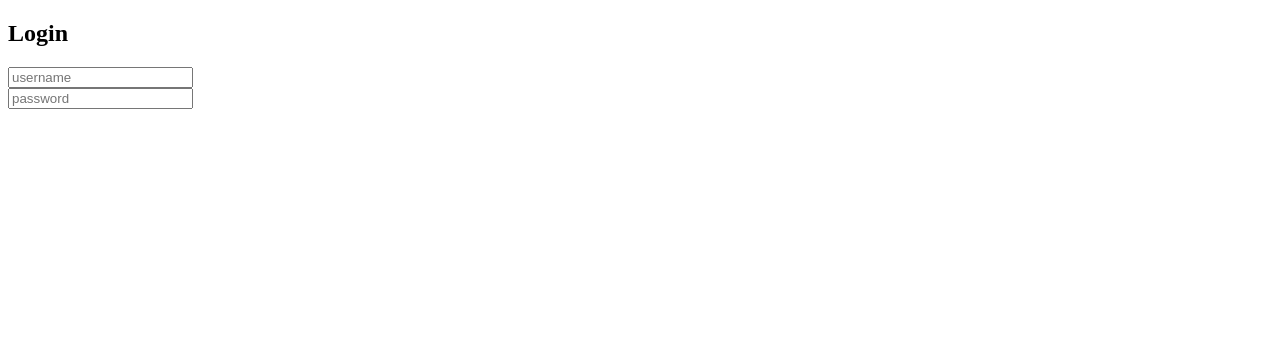
Repository: 951713487/net_shopping
Page: /
An editor plug-in stored every save of this project. The page is shown before and after the next save, followed by the edit.
The browser window is 1280 px wide. The pictures show the whole page.
The project was rebuilt for these pictures with package versions that can differ from the ones it lists, and the page was loaded fresh each time.

Above is the page before, as saved 2020-03-17 14:23:47.

After the next save:
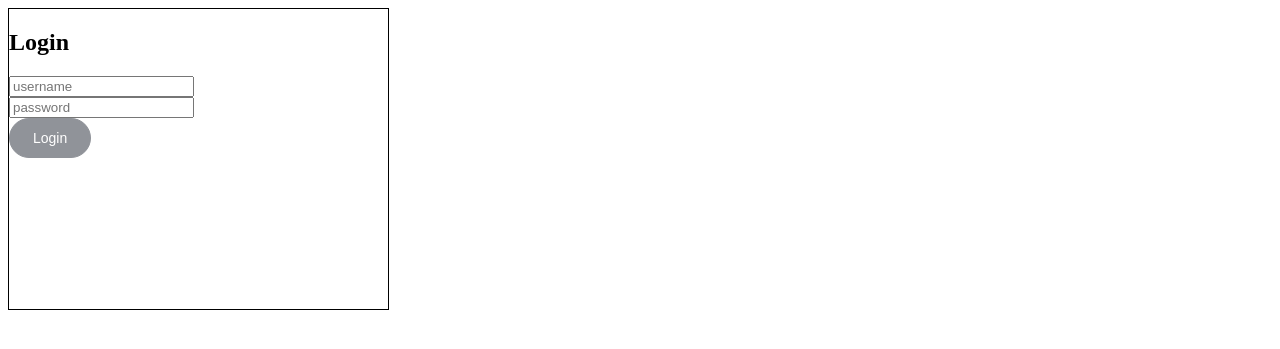
Saved 2 min 41 s later.
--- a/src/components/Login.vue
+++ b/src/components/Login.vue
@@ -7,6 +7,7 @@
     <div>
       <input placeholder="password" prefix-icon="el-icon-search" v-model="input2" type="password" />
     </div>
+    <el-button type="info" round>Login</el-button>
   </div>
 </template>
 
@@ -16,7 +17,9 @@ export default {};
 
 <style lang="less" scoped>
 #login_box {
-
+    width:30%;
+    height:300px;
+    border:1px solid #000
 }
 
 
